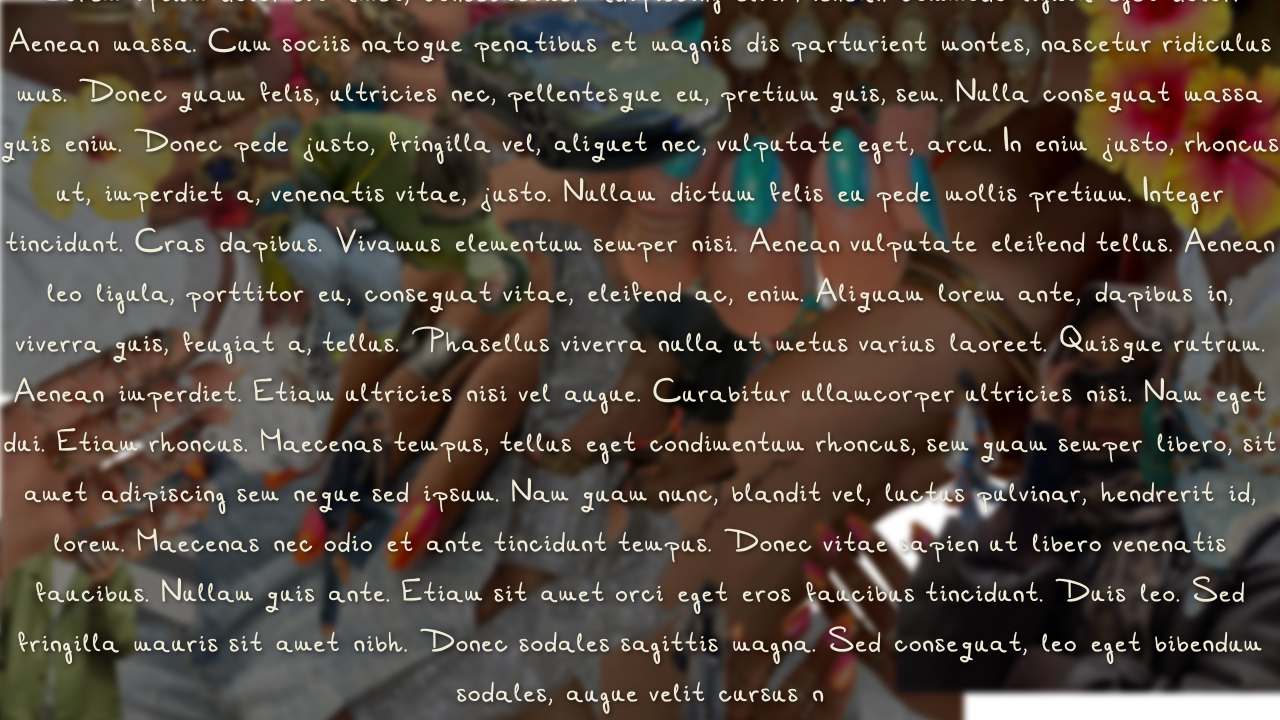
Repository: karla-sikavica/theCloset
Page: / (app in frontend/)
These files come from the project's save history. The page is drawn as it stood at one moment and after the next save; the edit follows.
The browser window is 1280 px wide. The pictures show the whole page.
The project was rebuilt for these pictures with package versions that can differ from the ones it lists, and the page was loaded fresh each time. Also part of the build but not shown: frontend/vite.config.ts.

Above is the page before, as saved 2025-03-30 18:47:51.

### frontend/src/index.css
@font-face {
  font-family: 'Kalla';
  src: url('/fonts/Kalla-Regular.ttf') format('truetype');
  font-weight: 400;
  font-style: normal;
}

:root {
  font-family: 'Kalla', 'Times New Roman', Avenir, Helvetica, Arial, sans-serif;
  line-height: 50px;
  font-weight: 400;
  display: block;


  font-synthesis: none;
  text-rendering: optimizeLegibility;
  -webkit-font-smoothing: antialiased;
  -moz-osx-font-smoothing: grayscale;
}

### frontend/src/App.tsx
import { BrowserRouter as Router, Routes, Route } from "react-router-dom";
import "./App.css";
import Login from "./pages/Login";
import Collage from "./components/ui/Collage";

function App() {
  return (
    <Router>
      <Collage />

      <div className="main-content">
        <Routes>
          <Route path="/" element={<Login></Login>} />
          <Route path="/login" element={<Login />} />
        </Routes>
      </div>
    </Router>
  );
}

export default App;

### frontend/src/App.css
#root {
  max-width: 1280px;
  margin: 0 auto;
  padding: 2rem;
  text-align: center;
}

body {
  color:#f0ebd8  ;
  text-shadow: 2px 2px 4px rgba(0, 0, 0, 0.5);
}

body, html, #root {
  margin: 0;
  padding: 0;
  height: 100%;
  width: 100%;
  overflow: hidden;
}

/* Optional: to make sure your app content appears above the collage */
.main-content {
  z-index: 10;

   position: relative;
  /*pointer-events: auto;
  height: 100%; */
}

/*
body::before {
  content: "";
  position: fixed;
  top: 0;
  left: 0;
  width: 100vh;
  height: 100vw;
  background-image: url("/images/download.jpeg");
  background-repeat: no-repeat;
  background-size: cover;
  background-position: center;
  transform: rotate(270deg) translate(-100vh, 0);
  transform-origin: top left;
  z-index: -1;
}

body::after {
  content: "";
  position: fixed;
  top: 0;
  left: 0;
  width: 100vw;
  height: 100vh;
  /* background: rgba(50, 30, 10, 0.6); */
/*   z-index: -1;
 *//* */

### frontend/src/pages/Login.tsx
import GoogleLogin from "../components/ui/GoogleLogin";
import styles from "./css/Login.module.css";

function Login() {
  return (
    <div className={styles.loginContainer}>
      <h1 className={styles.loginTitle}>The Closet</h1>
      <h2 className={styles.loginSubtitle}>
        Lorem ipsum dolor sit amet, consectetuer adipiscing elit. Aenean commodo
        ligula eget dolor. Aenean massa. Cum sociis natoque penatibus et magnis
        dis parturient montes, nascetur ridiculus mus. Donec quam felis,
        ultricies nec, pellentesque eu, pretium quis, sem. Nulla consequat massa
        quis enim. Donec pede justo, fringilla vel, aliquet nec, vulputate eget,
        arcu. In enim justo, rhoncus ut, imperdiet a, venenatis vitae, justo.
        Nullam dictum felis eu pede mollis pretium. Integer tincidunt. Cras
        dapibus. Vivamus elementum semper nisi. Aenean vulputate eleifend
        tellus. Aenean leo ligula, porttitor eu, consequat vitae, eleifend ac,
        enim. Aliquam lorem ante, dapibus in, viverra quis, feugiat a, tellus.
        Phasellus viverra nulla ut metus varius laoreet. Quisque rutrum. Aenean
        imperdiet. Etiam ultricies nisi vel augue. Curabitur ullamcorper
        ultricies nisi. Nam eget dui. Etiam rhoncus. Maecenas tempus, tellus
        eget condimentum rhoncus, sem quam semper libero, sit amet adipiscing
        sem neque sed ipsum. Nam quam nunc, blandit vel, luctus pulvinar,
        hendrerit id, lorem. Maecenas nec odio et ante tincidunt tempus. Donec
        vitae sapien ut libero venenatis faucibus. Nullam quis ante. Etiam sit
        amet orci eget eros faucibus tincidunt. Duis leo. Sed fringilla mauris
        sit amet nibh. Donec sodales sagittis magna. Sed consequat, leo eget
        bibendum sodales, augue velit cursus n{" "}
      </h2>
      <div className={styles.googleLoginContainer}>
        <GoogleLogin />
      </div>
    </div>
  );
}

export default Login;

### frontend/src/components/ui/Collage.tsx
import React, { useEffect, useRef } from "react";
import "../css/Collage.css";

/* const imageCount = 32;
 */
type CollageImage = {
  src: string;
  top: string;
  left: string;
  width: string;
  rotate?: string;
  zIndex?: number;
};

const collageConfig: CollageImage[] = [
  {
    src: "/images/photo%20(1).png",
    top: "45%",
    left: "0%",
    width: "250px",
    rotate: "0deg",
    zIndex: 2,
  },
  {
    src: "/images/photo%20(2).png",
    top: "30%",
    left: "25%",
    width: "400px",
    rotate: "0deg",
    zIndex: 1,
  },
  {
    src: "/images/photo%20(3).png",
    top: "18%",
    left: "40%",
    width: "350px",
    rotate: "0deg",
    zIndex: 0,
  },
  {
    src: "/images/photo%20(4).png",
    top: "-5%",
    left: "55%",
    width: "400px",
    rotate: "0deg",
    zIndex: 2,
  },
  {
    src: "/images/photo%20(5).png",
    top: "30%",
    left: "40%",
    width: "260px",
    rotate: "0deg",
    zIndex: 1,
  },
  {
    src: "/images/photo%20(6).png",
    top: "10%",
    left: "18%",
    width: "300px",
    rotate: "0deg",
    zIndex: 4,
  },
  {
    src: "/images/photo%20(7).png",
    top: "38%",
    left: "70%",
    width: "400px",
    rotate: "0deg",
    zIndex: 1,
  },
  {
    src: "/images/photo%20(8).png",
    top: "0%",
    left: "0%",
    width: "350px",
    rotate: "0deg",
    zIndex: 1,
  },
  {
    src: "/images/photo%20(9).png",
    top: "0%",
    left: "35%",
    width: "280px",
    rotate: "-6deg",
    zIndex: 3,
  },
  {
    src: "/images/photo%20(10).png",
    top: "42%",
    left: "20%",
    width: "200px",
    rotate: "15deg",
    zIndex: 1,
  },
  {
    src: "/images/photo%20(11).png",
    top: "-20%",
    left: "70%",
    width: "400px",
    rotate: "0deg",
    zIndex: 0,
  },
  {
    src: "/images/photo%20(12).png",
    top: "-20%",
    left: "10%",
    width: "350px",
    rotate: "-9deg",
    zIndex: 1,
  },
  {
    src: "/images/photo%20(13).png",
    top: "0%",
    left: "6%",
    width: "550px",
    rotate: "0deg",
    zIndex: 0,
  },
  {
    src: "/images/photo%20(14).png",
    top: "50%",
    left: "-5%",
    width: "260px",
    rotate: "0deg",
    zIndex: 0,
  },
  {
    src: "/images/photo%20(15).png",
    top: "45%",
    left: "70%",
    width: "170px",
    rotate: "-8deg",
    zIndex: 1,
  },
  {
    src: "/images/photo%20(16).png",
    top: "3%",
    left: "48%",
    width: "500px",
    rotate: "3deg",
    zIndex: 0,
  },
  {
    src: "/images/photo%20(17).png",
    top: "0%",
    left: "45%",
    width: "380px",
    rotate: "0deg",
    zIndex: 1,
  },
  {
    src: "/images/photo%20(18).png",
    top: "75%",
    left: "-3%",
    width: "200px",
    rotate: "10deg",
    zIndex: 3,
  },
  {
    src: "/images/photo%20(19).png",
    top: "22%",
    left: "86%",
    width: "290px",
    rotate: "0deg",
    zIndex: 2,
  },
  {
    src: "/images/photo%20(30).png",
    top: "-20%",
    left: "80%",
    width: "300px",
    rotate: "-27deg",
    zIndex: 3,
  },
  {
    src: "/images/photo%20(29).png",
    top: "-5%",
    left: "-2%",
    width: "270px",
    rotate: "150deg",
    zIndex: 3,
  },
  {
    src: "/images/photo%20(22).png",
    top: "65%",
    left: "55%",
    width: "260px",
    rotate: "180deg",
    zIndex: 0,
  },
  {
    src: "/images/photo%20(25).png",
    top: "80%",
    left: "52%",
    width: "80px",
    rotate: "0deg",
    zIndex: 2,
  } /*,
  {
    src: "/images/photo%20(24).png",
    top: "15%",
    left: "50%",
    width: "190px",
    rotate: "6deg",
    zIndex: 1,
  },
  {
    src: "/images/photo%20(25).png",
    top: "10%",
    left: "30%",
    width: "160px",
    rotate: "-4deg",
    zIndex: 3,
  },
  {
    src: "/images/photo%20(26).png",
    top: "40%",
    left: "50%",
    width: "170px",
    rotate: "11deg",
    zIndex: 2,
  },
  {
    src: "/images/photo%20(27).png",
    top: "50%",
    left: "75%",
    width: "180px",
    rotate: "-9deg",
    zIndex: 1,
  },
  {
    src: "/images/photo%20(28).png",
    top: "35%",
    left: "10%",
    width: "200px",
    rotate: "4deg",
    zIndex: 2,
  },
  {
    src: "/images/photo%20(29).png",
    top: "25%",
    left: "65%",
    width: "190px",
    rotate: "-5deg",
    zIndex: 3,
  },
  {
    src: "/images/photo%20(30).png",
    top: "70%",
    left: "85%",
    width: "160px",
    rotate: "6deg",
    zIndex: 1,
  },
  {
    src: "/images/photo%20(31).png",
    top: "80%",
    left: "35%",
    width: "170px",
    rotate: "-3deg",
    zIndex: 2,
  },
  {
    src: "/images/photo%20(32).png",
    top: "90%",
    left: "50%",
    width: "180px",
    rotate: "8deg",
    zIndex: 3,
  }, */,
];

const Collage: React.FC = () => {
  return (
    <div className="collage-background">
      {collageConfig.map((img, index) => (
        <img
          key={index}
          src={img.src}
          alt={`collage-img-${index}`}
          className="collage-img"
          style={{
            top: img.top,
            left: img.left,
            width: img.width,
            transform: `rotate(${img.rotate || "0deg"})`,
            zIndex: img.zIndex || 0,
          }}
        />
      ))}
    </div>
  );
};

export default Collage;

/*
const Collage: React.FC = () => {
  const containerRef = useRef<HTMLDivElement>(null);

  useEffect(() => {
    const container = containerRef.current;
    if (!container) return;

    const imgs = container.querySelectorAll("img");
    imgs.forEach((img) => {
      const x = Math.random() * 100;
      const y = Math.random() * 100;
      const rotate = Math.random() * 20 - 10; // rotate between -10 and +10 degrees
      const z = Math.floor(Math.random() * 10); // random z-index

      img.style.top = `${y}vh`;
      img.style.left = `${x}vw`;
      img.style.transform = `rotate(${rotate}deg)`;
      img.style.zIndex = z.toString();
    });
  }, []);

  return (
    <div className="collage-background" ref={containerRef}>
      {[...Array(imageCount)].map((_, index) => (
        <img
          key={index}
          src={`/images/photo%20(${index + 1}).png`}
          alt={`collage-img-${index}`}
          className="collage-img"
        />
      ))}
    </div>
  );
};

export default Collage; */

### frontend/src/components/ui/GoogleLogin.tsx
// src/components/GoogleLogin.js
import { signInWithPopup } from "firebase/auth";
import { auth, googleProvider } from "../../firebase";
import GoogleButton from "./GoogleButton";

function GoogleLogin() {
  const handleGoogleLogin = async () => {
    try {
      const result = await signInWithPopup(auth, googleProvider);
      const user = result.user;

      const token = await user.getIdToken();
      console.log("✅ Google login successful! Token:", token);

      const res = await fetch("http://localhost:8080/users", {
        headers: {
          Authorization: `Bearer ${token}`,
        },
      });

      const data = await res.json();
      console.log("Backend response:", data);
    } catch (error: any) {
      console.error("❌ Google login error:", error.message);
    }
  };

  return (
    <div>
      <GoogleButton onClick={handleGoogleLogin}>
        Sign in with Google
      </GoogleButton>{" "}
    </div>
  );
}

export default GoogleLogin;

### frontend/src/pages/css/Login.module.css
/* Centering the login container */
.loginContainer {
    display: flex;
    flex-direction: column;
    align-items: center;
    justify-content: center;
    height: 100vh; /* Full screen height */
    text-align: center;
  }

  /* Main title styling */
  .loginTitle {
    font-size: 200px;
    margin: 0;
    font-weight: bold;
    font-family: 'Kalla', sans-serif;
  }

  /* Subtitle styling */
  .loginSubtitle {
    font-size: 60px;
    margin: 0;
    font-family: 'Kalla', sans-serif;
  }

  /* Google button container */
  .googleLoginContainer {
    margin-top: 20px;
  }

### frontend/src/components/css/Collage.css

  .collage-background {
    position: fixed;
    top: 0;
    left: 0;
    width: 100vw;
    height: 100vh;
    overflow: hidden;
    z-index: 0;
    pointer-events: auto;
  }

  .collage-img {
    position: absolute;
    object-fit: contain;
    filter:  blur(3px) brightness(0.5);
    pointer-events: auto;
    border: none;
  }

  .collage-img:hover {
    filter: grayscale(0%);

     border: 3px solid bisque;
   }

### frontend/src/firebase.ts
import { initializeApp } from "firebase/app";
import { getAuth, GoogleAuthProvider  } from "firebase/auth";

//import { getAnalytics } from "firebase/auth";

const firebaseConfig = {
  apiKey: "AIzaSyAbHQdx6UcrnGOItmjSgqMahJKQc3tssx8",
  authDomain: "thecloset-7ba5e.firebaseapp.com",
  projectId: "thecloset-7ba5e",
  storageBucket: "thecloset-7ba5e.firebasestorage.app",
  messagingSenderId: "77195632073",
  appId: "1:77195632073:web:69fd94b7e825471e71dc18",
  measurementId: "G-8GEFS4DWQG"
};

// Initialize Firebase
const app = initializeApp(firebaseConfig);
export const auth = getAuth(app);
export const googleProvider = new GoogleAuthProvider();


//const analytics = getAnalytics(app);

### frontend/src/components/ui/GoogleButton.tsx
import styles from "../css/GoogleButton.module.css";

interface Props {
  children: React.ReactNode;
  onClick: () => void;
}

const GoogleButton = ({ onClick, children }: Props) => {
  return (
    <button onClick={onClick} className={styles.googleButton}>
      {children}
    </button>
  );
};

export default GoogleButton;

### frontend/src/components/css/GoogleButton.module.css
.googleButton{
    border-radius: 50px;
    padding: 5px 20px;
    background-color: #f0ebd8;
    border: none;
    font-family: 'Kalla', sans-serif;
    font-size: 55px;
    font-weight: 400;

}

.googleButton:hover{
    background-color: #cfcbb9;
}

Loaded but not shown: frontend/index.html (common file); frontend/src/main.tsx (common file)

After the next save:
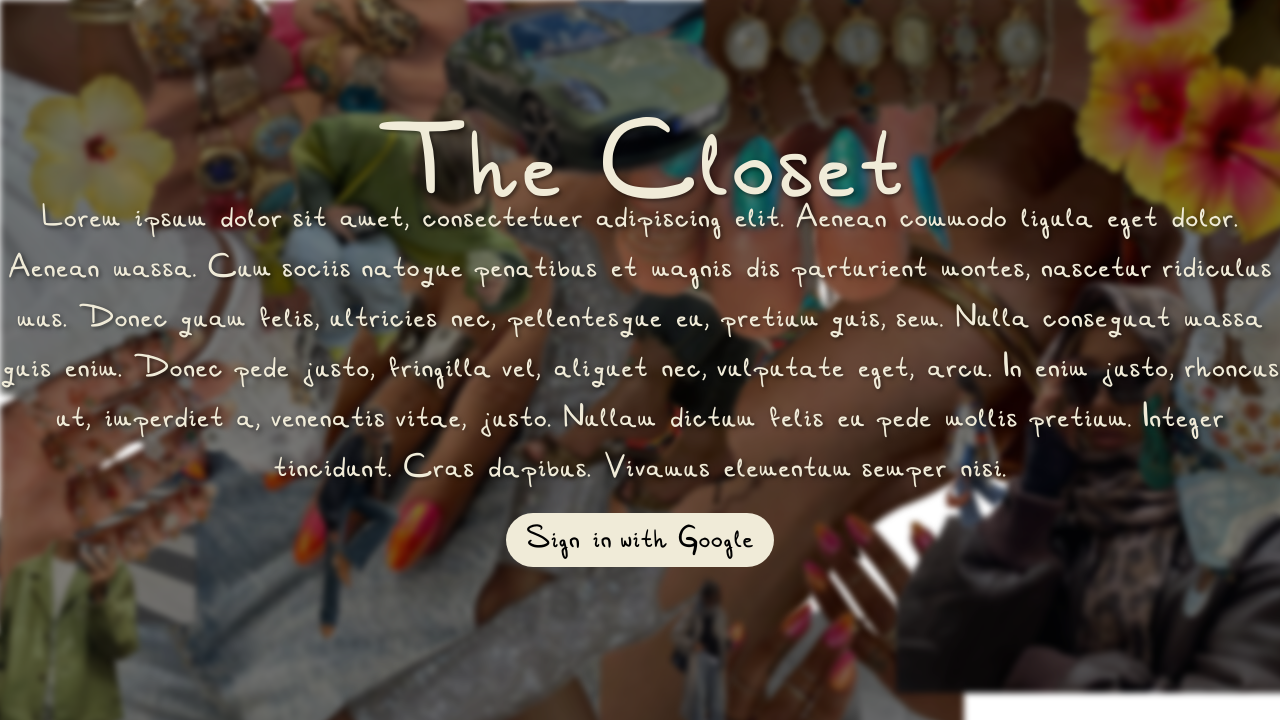
Saved 48 s later.
--- a/frontend/src/pages/Login.tsx
+++ b/frontend/src/pages/Login.tsx
@@ -13,19 +13,7 @@
         quis enim. Donec pede justo, fringilla vel, aliquet nec, vulputate eget,
         arcu. In enim justo, rhoncus ut, imperdiet a, venenatis vitae, justo.
         Nullam dictum felis eu pede mollis pretium. Integer tincidunt. Cras
-        dapibus. Vivamus elementum semper nisi. Aenean vulputate eleifend
-        tellus. Aenean leo ligula, porttitor eu, consequat vitae, eleifend ac,
-        enim. Aliquam lorem ante, dapibus in, viverra quis, feugiat a, tellus.
-        Phasellus viverra nulla ut metus varius laoreet. Quisque rutrum. Aenean
-        imperdiet. Etiam ultricies nisi vel augue. Curabitur ullamcorper
-        ultricies nisi. Nam eget dui. Etiam rhoncus. Maecenas tempus, tellus
-        eget condimentum rhoncus, sem quam semper libero, sit amet adipiscing
-        sem neque sed ipsum. Nam quam nunc, blandit vel, luctus pulvinar,
-        hendrerit id, lorem. Maecenas nec odio et ante tincidunt tempus. Donec
-        vitae sapien ut libero venenatis faucibus. Nullam quis ante. Etiam sit
-        amet orci eget eros faucibus tincidunt. Duis leo. Sed fringilla mauris
-        sit amet nibh. Donec sodales sagittis magna. Sed consequat, leo eget
-        bibendum sodales, augue velit cursus n{" "}
+        dapibus. Vivamus elementum semper nisi.
       </h2>
       <div className={styles.googleLoginContainer}>
         <GoogleLogin />
